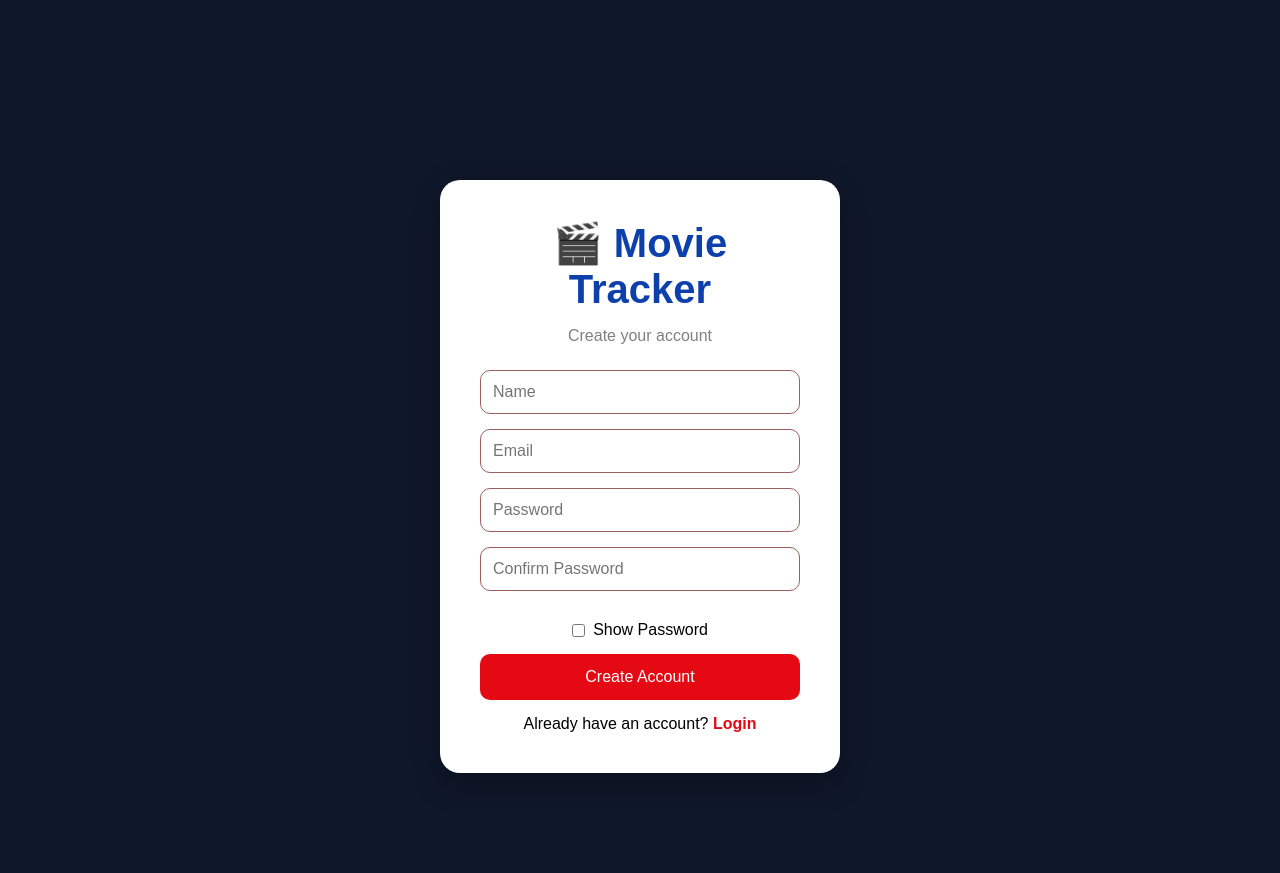
Repository: Dinesh-Codebais/movie-tracker
Page: signup.html
The author's editor kept a copy of each file at every save. The page is drawn from the files as they stood at one save, then again after the next save.
The browser window is 1280 px wide. The pictures show the whole page.

Above is the page before, as saved 2026-06-22 10:54:43.
Console error: TypeError: Cannot read properties of null (reading 'addEventListener')

After the next save:
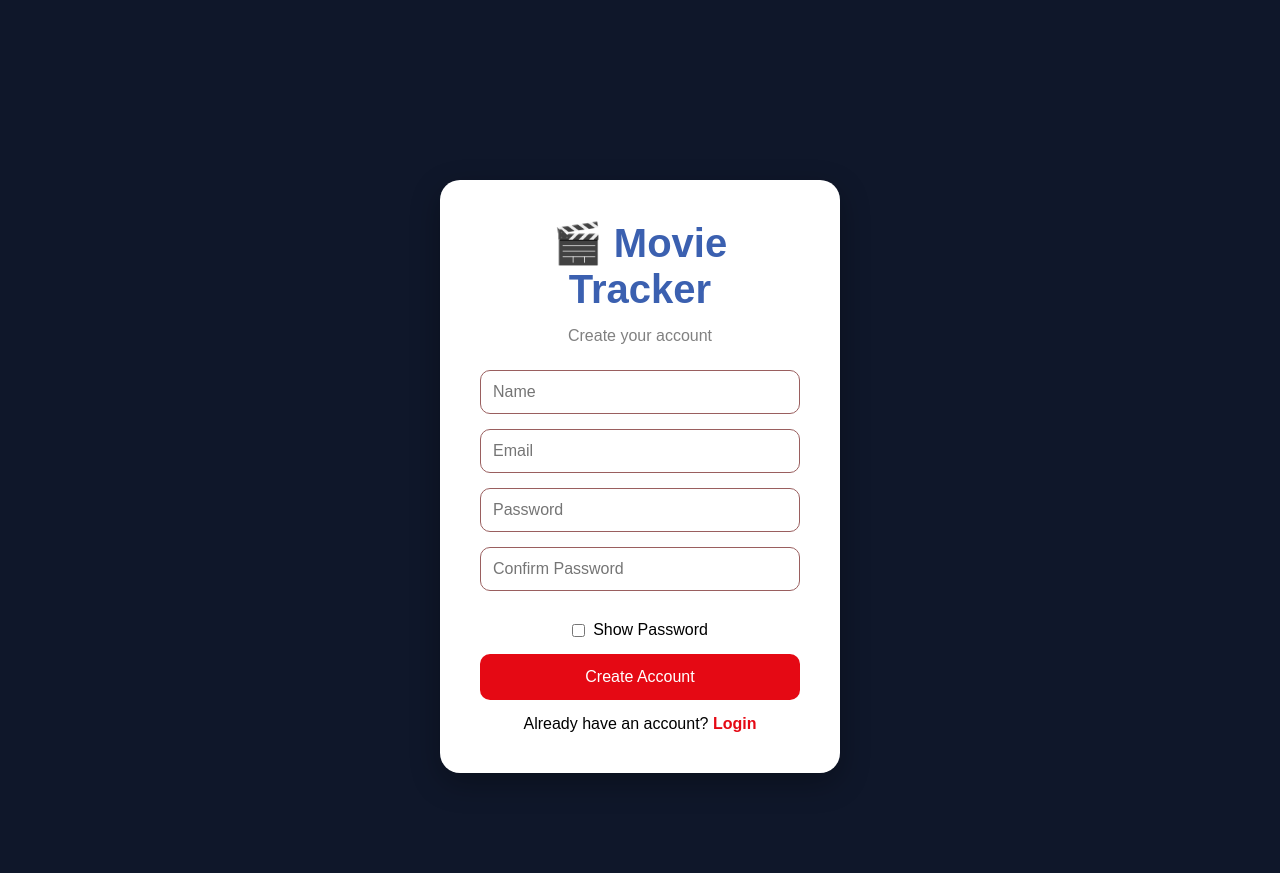
Saved 16 s later.
--- a/style.css
+++ b/style.css
@@ -539,7 +539,7 @@ body{
 }
 
 .signup-box h2{
-    color:#0e40ac;
+    color:#3b60b0;
     text-align:center;
     margin-bottom:5px;
 }
